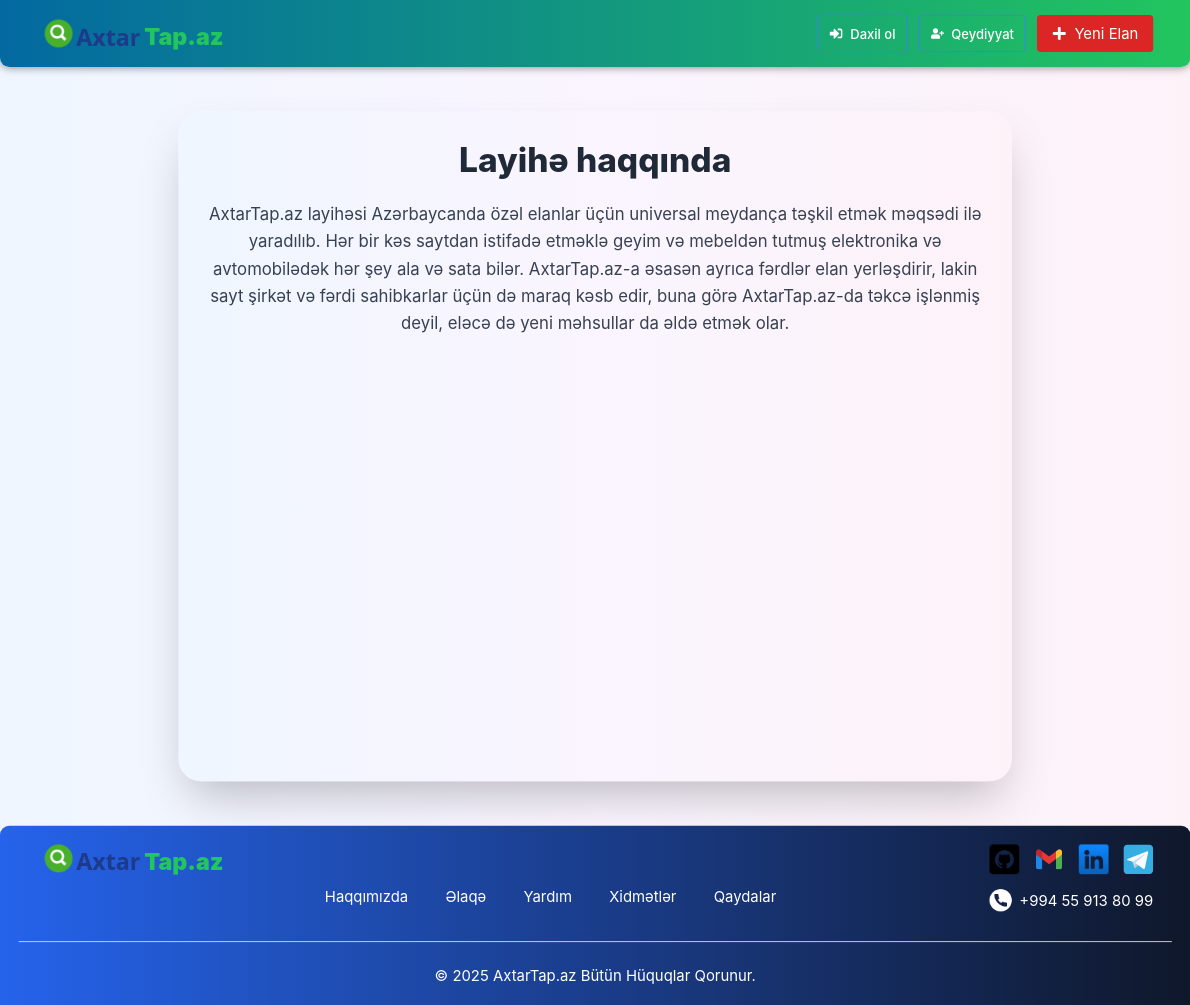
Repository: Omur56/AxtarTap.az
Page: /about
These files come from the project's save history. The page is drawn as it stood at one moment and after the next save; the edit follows.
The browser window is 1280 px wide. The pictures show the whole page, at 93% of full size.
The project was rebuilt for these pictures with package versions that can differ from the ones it lists, and the page was loaded fresh each time. Some packages were replaced by stand-ins written for this rebuild. Also part of the build but not shown: src/pages/Katalog/Cateqories/index.jsx, src/pages/Katalog/index.jsx, src/pages/Contact/index.jsx, src/pages/Qaydalar/index.jsx, src/pages/Yardım/index.jsx, src/pages/Xidmetler/index.jsx, src/pages/Home/index.jsx, src/components/CreatePostNeqliyyat/index.jsx and 32 more.

Above is the page before, as saved 2025-08-21 19:46:35.

After the next save:
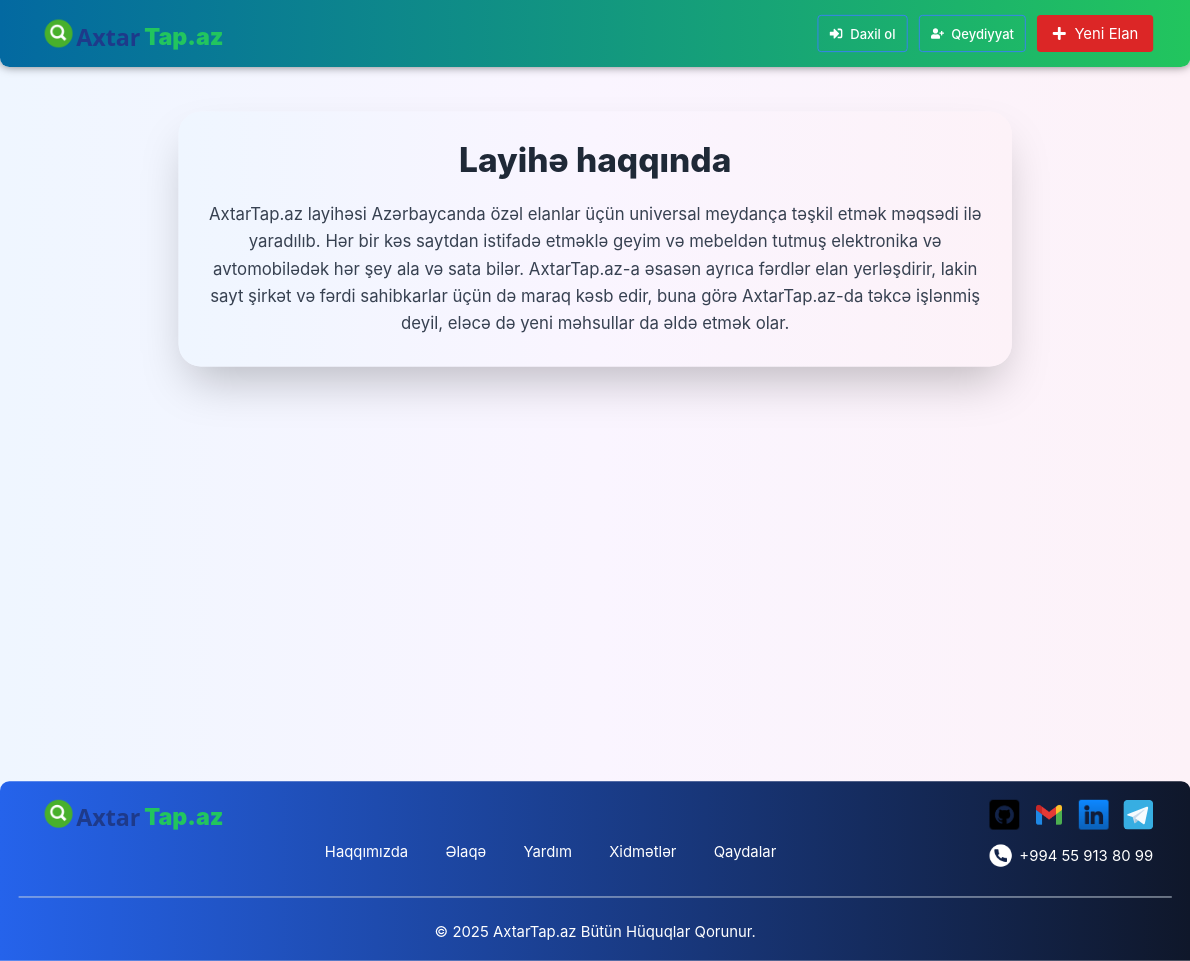
Saved 17 s later.
--- a/src/pages/About/index.jsx
+++ b/src/pages/About/index.jsx
@@ -8,7 +8,7 @@ return( <div className="min-h-screen ">
 
 
 
-<div className="max-w-4xl mx-auto p-8 mt-12 mb-12 min-h-screen bg-gradient-to-r from-blue-50 via-purple-50 to-pink-50 rounded-3xl shadow-2xl">
+<div className="max-w-4xl mx-auto p-8 mt-12 mb-12 bg-gradient-to-r from-blue-50 via-purple-50 to-pink-50 rounded-3xl shadow-2xl">
   <h2 className="text-4xl font-extrabold text-gray-800 mb-6 text-center">Layihə haqqında</h2>
 
   <p className="text-gray-700 text-lg leading-relaxed text-center">
